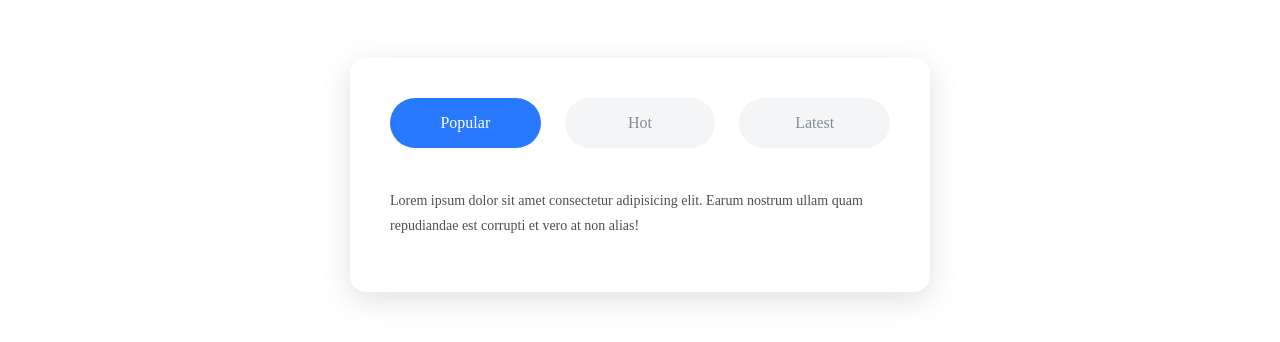
Repository: tungts3qb/Javascript
Page: tab.html
These files come from the project's save history. The page is drawn as it stood at one moment and after the next save; the edit follows.
The browser window is 1280 px wide. The pictures show the whole page.
After loading, the first visible `div.tab-item` was clicked once.

Above is the page before, as saved 2022-12-25 01:45:05.

After the next save:
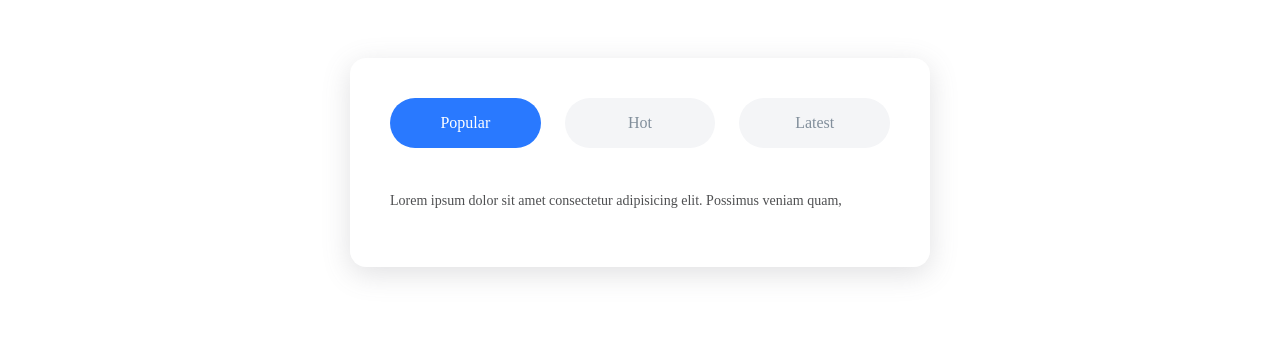
Saved 84 s later.
--- a/tab.js
+++ b/tab.js
@@ -4,10 +4,12 @@ const tabContents = document.querySelectorAll(".tab-content");
 function handleTabClick(event) {
   [...tabItems].forEach((item) => item.classList.remove("active"));
   event.target.classList.add("active");
-  const tabNumber = parseInt(event.target.dataset.tab);
+  const tabNumber = event.target.dataset.tab;
   [...tabContents].forEach((item) => {
     item.classList.remove("active");
-    console.log(item.getAttribute("data-tab"));
+    if (item.getAttribute("data-tab") === tabNumber) {
+      item.classList.add("active");
+    }
   });
-  [...tabContents][tabNumber - 1].classList.add("active");
+  //   [...tabContents][tabNumber - 1].classList.add("active");
 }
